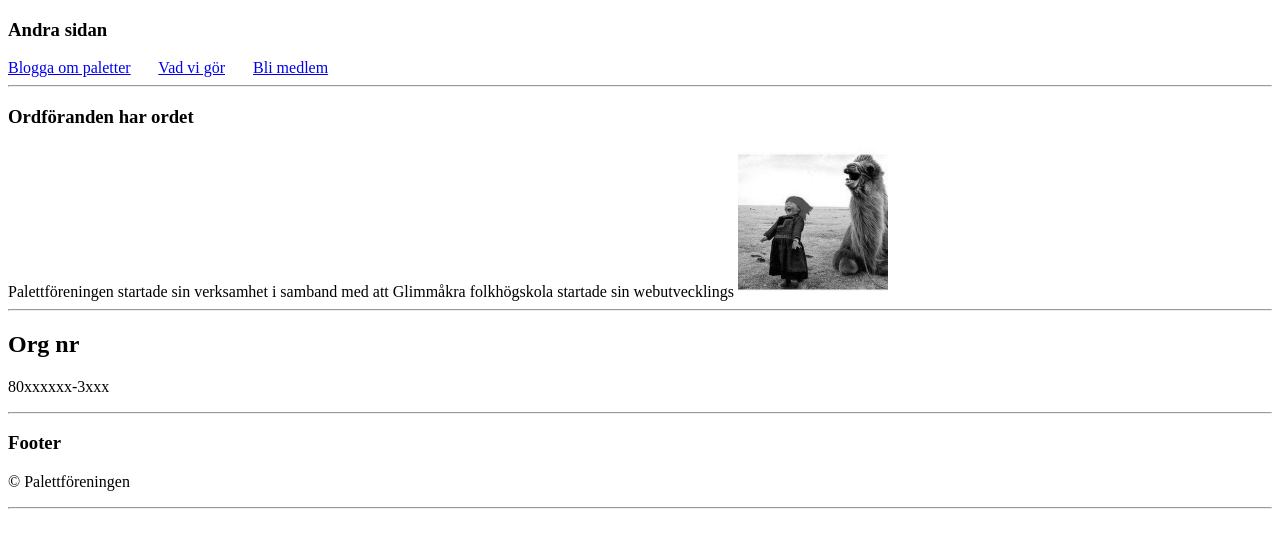
Repository: Webutveckling-20-21/Uppgift-1
Page: verksamheten.html
These files come from the project's save history. The page is drawn as it stood at one moment and after a run of saves; the edit follows.
The browser window is 1280 px wide. The pictures show the whole page.

Above is the page before, as saved 2021-09-07 12:02:50.

### verksamheten.html
<!-- Här alla måsten i huvudet såsom språk och språkkodning mm -->
<!DOCTYPE html>
<html lang="sv">


<head>
    <meta charset="UTF-8">
    <meta name="viewport" content="width=device-width, initial-scale=1.0">
    <title>verksamheten</title>
</head>

<body>
    <header>
        <h3>Andra sidan</h3>
        <!-- Här läggs alla länkar-->
        <a href="blogg.html">Blogga om paletter</a>&nbsp;&nbsp;&nbsp;&nbsp;&nbsp;&nbsp;
        <a href="verksamheten.html">Vad vi gör</a>&nbsp;&nbsp;&nbsp;&nbsp;&nbsp;&nbsp;
        <a href="medlemskap.html">Bli medlem</a>
    </header>
    <hr>
    <main>
         <article>

            <h3>Ordföranden har ordet</h3>
            Palettföreningen startade sin verksamhet i samband med att Glimmåkra folkhögskola startade sin webutvecklings

            <img src="images/ordförande pa excursion.jpg" width="150" height="150" alt="Ordförande berättar." >
        </article>

    </main>
    <hr>
    <aside>
        <h2>Org nr</h2>
        <p>80xxxxxx-3xxx</p>





    </aside>
    <hr>
    <footer>

        <h3>Footer</h3>
        <p> &copy; Palettföreningen</p>
    </footer>
    <hr>


</body>

</html>

After the next 2 saves:
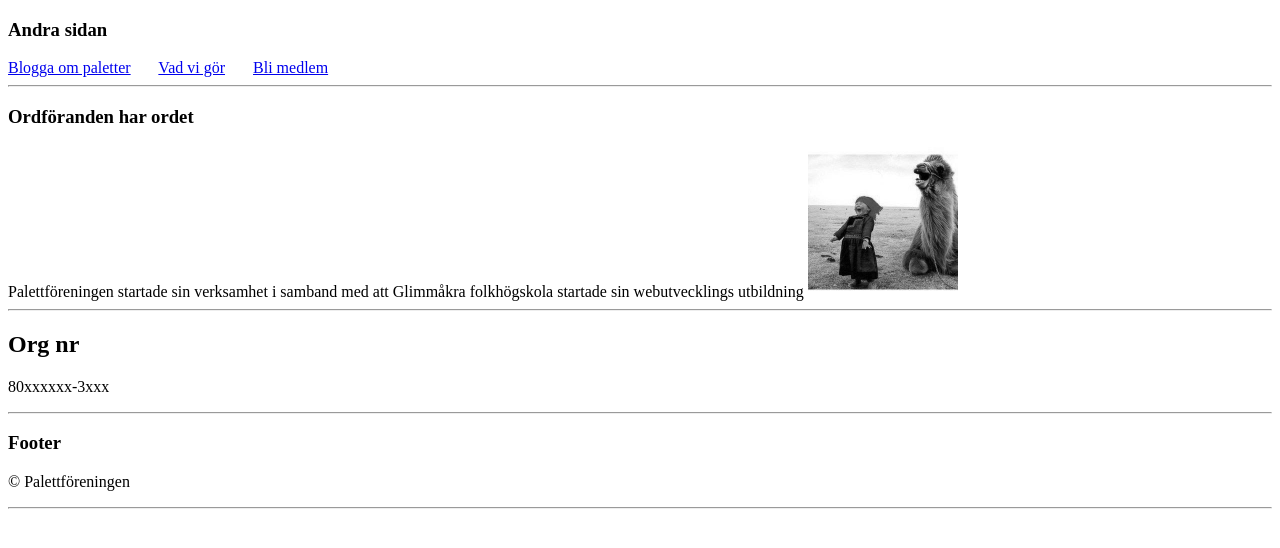
The 2 saves are shown as one change because they came seconds apart.
The last was saved 7 s later.
--- a/verksamheten.html
+++ b/verksamheten.html
@@ -22,7 +22,7 @@
          <article>
 
             <h3>Ordföranden har ordet</h3>
-            Palettföreningen startade sin verksamhet i samband med att Glimmåkra folkhögskola startade sin webutvecklings
+            Palettföreningen startade sin verksamhet i samband med att Glimmåkra folkhögskola startade sin webutvecklings utbildning
 
             <img src="images/ordförande pa excursion.jpg" width="150" height="150" alt="Ordförande berättar." >
         </article>
